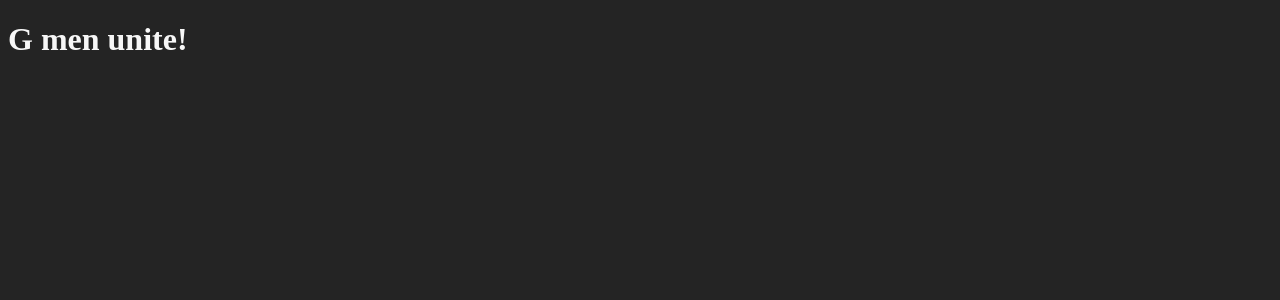
Repository: anthonybrown/website-practice
Page: index.html
An editor plug-in stored every save of this project. The page is shown before and after the next save, followed by the edit.
The browser window is 1280 px wide. The pictures show the whole page.

Above is the page before, as saved 2023-04-18 06:24:12.

After the next save:
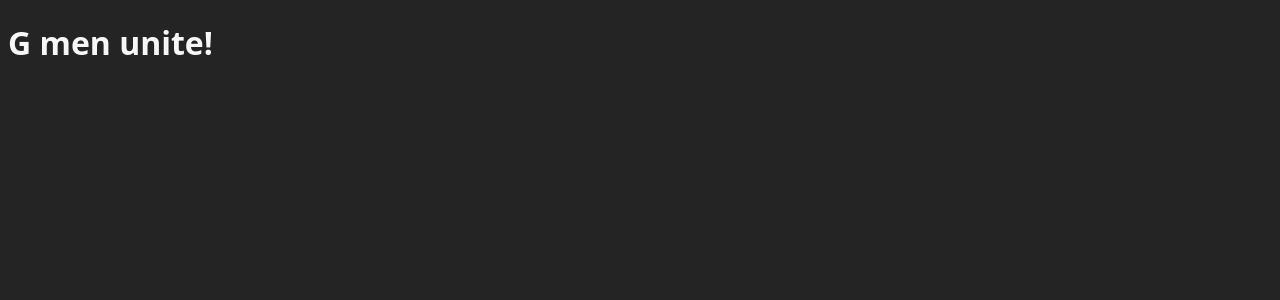
Saved 13 s later.
--- a/style.css
+++ b/style.css
@@ -1,5 +1,6 @@
 
 body {
+  font-family: system-ui, -apple-system, BlinkMacSystemFont, 'Segoe UI', Roboto, Oxygen, Ubuntu, Cantarell, 'Open Sans', 'Helvetica Neue', sans-serif;
   background: #242424;
   color: #f7f7f7;
 }
